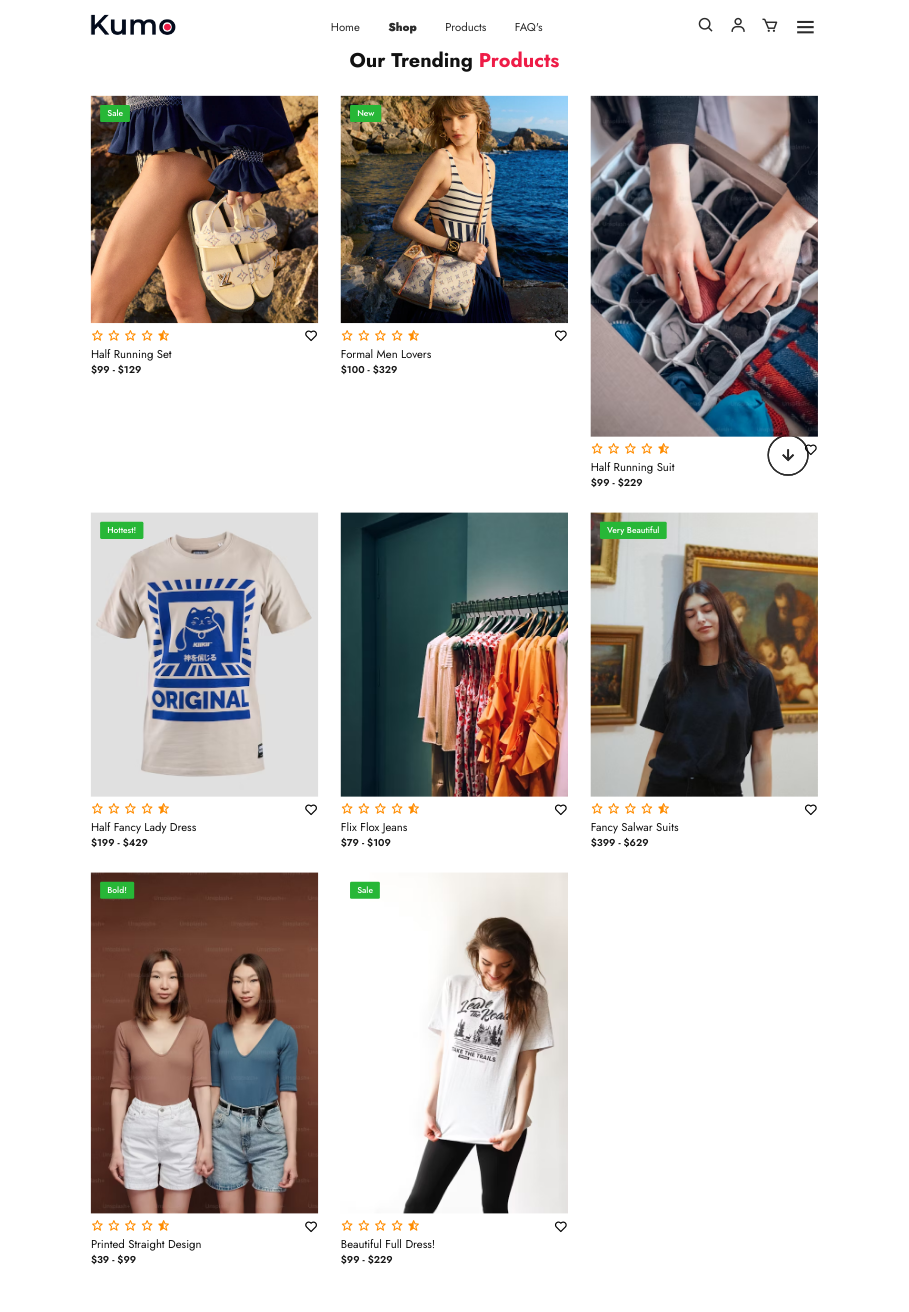
Repository: isaacCodes1/Kumo-Website.
Page: shop.html
The author's editor kept a copy of each file at every save. The page is drawn from the files as they stood at one save, then again after a run of saves.
The browser window is 1280 px wide. The pictures show the whole page, at 71% of full size.

Above is the page before, as saved 2024-03-23 09:50:48.

### shop.html
<!DOCTYPE html>
<html lang="en">
  <head>
    <meta charset="UTF-8" />
    <meta name="viewport" content="width=device-width, initial-scale=1.0" />
    <link rel="stylesheet" href="style.css" />
    <link rel="preconnect" href="https://fonts.googleapis.com" />
    <link rel="preconnect" href="https://fonts.gstatic.com" crossorigin />
    <link
      href="https://fonts.googleapis.com/css2?family=Bricolage+Grotesque:opsz,wght@12..96,200..800&family=Jost:ital,wght@0,100..900;1,100..900&family=Montserrat:ital,wght@0,100..900;1,100..900&family=Poppins:ital,wght@0,100;0,200;0,300;0,400;0,500;0,600;0,700;0,800;0,900;1,100;1,200;1,300;1,400;1,500;1,600;1,700;1,800;1,900&display=swap"
      rel="stylesheet"
    />
    <link
      rel="stylesheet"
      href="https://cdnjs.cloudflare.com/ajax/libs/font-awesome/6.5.1/css/all.min.css"
      integrity="sha512-DTOQO9RWCH3ppGqcWaEA1BIZOC6xxalwEsw9c2QQeAIftl+Vegovlnee1c9QX4TctnWMn13TZye+giMm8e2LwA=="
      crossorigin="anonymous"
      referrerpolicy="no-referrer"
    />
    <link
      rel="stylesheet"
      href="https://unpkg.com/boxicons@latest/css/boxicons.min.css"
    />
    <link rel="stylesheet" href="Mediaquery.css" />
    <title>Document</title>
  </head>
  <body>
    <header>
      <a href="index.html" class="logo"><img src="Assets/logo.png" alt="" /></a>
      <ul class="navmenu">
        <li><a href="index.html">Home</a></li>
        <li><a style="font-weight: 900" href="shop.html">Shop</a></li>
        <li><a href="products.html">Products</a></li>
        <li><a href="Questions.html">FAQ's</a></li>
      </ul>
      <div class="nav-icon">
        <a href="#"><i class="bx bx-search"></i></a>
        <a href="#"><i class="bx bx-user"></i></a>
        <a href="#"><i class="bx bx-cart"></i></a>
        <div class="bx bx-menu" id="menu-icon"></div>
      </div>
    </header>
    <div class="down-arrow">
      <a href="#trending" class="down"><i class="bx bx-down-arrow-alt"></i></a>
    </div>
    <div class="down-arrow">
      <a href="#trending" class="down"><i class="bx bx-down-arrow-alt"></i></a>
    </div>
    <!-- <trending-products-section-->
    <section class="trending-product" id="trending">
      <div class="center-text">
        <h2>Our Trending <span>Products</span></h2>
      </div>
      <div class="products">
        <div class="row">
          <img class="clothes1" src="/Assets/luiz2.webp" alt="" />
          <div class="product-text">
            <h5>Sale</h5>
          </div>
          <div class="heart-icon">
            <i class="bx bx-heart"></i>
          </div>
          <div class="ratting">
            <i class="bx bx-star"></i>
            <i class="bx bx-star"></i>
            <i class="bx bx-star"></i>
            <i class="bx bx-star"></i>
            <i class="bx bxs-star-half"></i>
          </div>
          <div class="price">
            <h4>Half Running Set</h4>
            <p>$99 - $129</p>
          </div>
        </div>

        <div class="row">
          <img src="/Assets/luiz1.webp" alt="" />
          <div class="product-text">
            <h5>New</h5>
          </div>
          <div class="heart-icon">
            <i class="bx bx-heart"></i>
          </div>
          <div class="ratting">
            <i class="bx bx-star"></i>
            <i class="bx bx-star"></i>
            <i class="bx bx-star"></i>
            <i class="bx bx-star"></i>
            <i class="bx bxs-star-half"></i>
          </div>
          <div class="price">
            <h4>Formal Men Lovers</h4>
            <p>$100 - $329</p>
          </div>
        </div>
        <div class="row">
          <img src="/Assets/Clothes3.avif" alt="" />
          <div class="heart-icon">
            <i class="bx bx-heart"></i>
          </div>
          <div class="ratting">
            <i class="bx bx-star"></i>
            <i class="bx bx-star"></i>
            <i class="bx bx-star"></i>
            <i class="bx bx-star"></i>
            <i class="bx bxs-star-half"></i>
          </div>
          <div class="price">
            <h4>Half Running Suit</h4>
            <p>$99 - $229</p>
          </div>
        </div>
        <div class="row">
          <img src="/Assets/Clothes9.avif" alt="" />
          <div class="product-text">
            <h5>Hottest!</h5>
          </div>
          <div class="heart-icon">
            <i class="bx bx-heart"></i>
          </div>
          <div class="ratting">
            <i class="bx bx-star"></i>
            <i class="bx bx-star"></i>
            <i class="bx bx-star"></i>
            <i class="bx bx-star"></i>
            <i class="bx bxs-star-half"></i>
          </div>
          <div class="price">
            <h4>Half Fancy Lady Dress</h4>
            <p>$199 - $429</p>
          </div>
        </div>
        <div class="row">
          <img src="/Assets/clothes5.avif" alt="" />
          <div class="heart-icon">
            <i class="bx bx-heart"></i>
          </div>
          <div class="ratting">
            <i class="bx bx-star"></i>
            <i class="bx bx-star"></i>
            <i class="bx bx-star"></i>
            <i class="bx bx-star"></i>
            <i class="bx bxs-star-half"></i>
          </div>
          <div class="price">
            <h4>Flix Flox Jeans</h4>
            <p>$79 - $109</p>
          </div>
        </div>
        <div class="row">
          <img src="/Assets/black t.avif" alt="" />
          <div class="product-text">
            <h5>Very Beautiful</h5>
          </div>
          <div class="heart-icon">
            <i class="bx bx-heart"></i>
          </div>
          <div class="ratting">
            <i class="bx bx-star"></i>
            <i class="bx bx-star"></i>
            <i class="bx bx-star"></i>
            <i class="bx bx-star"></i>
            <i class="bx bxs-star-half"></i>
          </div>
          <div class="price">
            <h4>Fancy Salwar Suits</h4>
            <p>$399 - $629</p>
          </div>
        </div>
        <div class="row">
          <img src="/Assets/Clothes7.avif" alt="" />
          <div class="product-text">
            <h5>Bold!</h5>
          </div>
          <div class="heart-icon">
            <i class="bx bx-heart"></i>
          </div>
          <div class="ratting">
            <i class="bx bx-star"></i>
            <i class="bx bx-star"></i>
            <i class="bx bx-star"></i>
            <i class="bx bx-star"></i>
            <i class="bx bxs-star-half"></i>
          </div>
          <div class="price">
            <h4>Printed straight Design</h4>
            <p>$39 - $99</p>
          </div>
        </div>
        <div class="row">
          <img src="/Assets/Clothes8.avif" alt="" />
          <div class="product-text">
            <h5>Sale</h5>
          </div>
          <div class="heart-icon">
            <i class="bx bx-heart"></i>
          </div>
          <div class="ratting">
            <i class="bx bx-star"></i>
            <i class="bx bx-star"></i>
            <i class="bx bx-star"></i>
            <i class="bx bx-star"></i>
            <i class="bx bxs-star-half"></i>
          </div>
          <div class="price">
            <h4>Beautiful Full Dress!</h4>
            <p>$99 - $229</p>
          </div>
        </div>
      </div>
    </section>
  </body>
  <script src="java.js"></script>
</html>

### style.css
* {
  margin: 0;
  padding: 0;
  box-sizing: border-box;
  scroll-behavior: smooth;
  font-family: "Jost", sans-serif;
  list-style-type: none;
  text-decoration: none;
}
header {
  position: fixed;
  width: 100%;
  top: 0;
  right: 0;
  z-index: 1000;
  display: flex;
  align-items: center;
  justify-content: space-between;
  padding: 20px 10%;
}
.logo img {
  max-width: 120px;
  height: auto;
}
.navmenu {
  display: flex;
}
.navmenu li :hover {
  background: #000;
}
.navmenu a {
  color: #2c2c2c;
  font-size: 16px;
  text-transform: capitalize;
  padding: 10px 20px;
  font-weight: 400;
  transition: all 0.42s ease;
}
.navmenu a:hover {
  color: #ee1c47;
}
.nav-icon {
  display: flex;
  align-items: center;
}
.nav-icon i {
  margin-right: 20px;
  color: #2c2c2c;
  font-size: 25px;
  font-weight: 400;
  transition: all 0.42s ease;
}
.nav-icon i:hover {
  transform: scale(1.05);
  color: #ee1c47;
}
#menu-icon {
  font-size: 35px;
  color: #2c2c2c;
  z-index: 10001;
  cursor: pointer;
}
section {
  padding: 5% 10%;
}
.main-home {
  width: 100%;
  height: 100vh;
  background-image: url(Assets/banner-3.png);
  background-position: center;
  background-size: cover;
  display: grid;
  grid-template-columns: repeat(1, 1fr);
  align-items: center;
}
.main-text h5 {
  color: #ee1c47;
  font-size: 16px;

  text-transform: capitalize;
  font-weight: 500;
}
.main-text h1 {
  color: #000;
  font-size: 65px;
  text-transform: capitalize;
  line-height: 1.1;
  font-weight: 600;
  margin: 6px 0 10px;
}
.main-text p {
  color: #333c56;
  font-size: 20px;
  font-style: italic;
  margin-bottom: 20px;
}
.main-btn {
  display: inline-block;
  color: #111;
  font-size: 16px;
  font-weight: 500;
  text-transform: capitalize;
  border: 2px solid#111;
  padding: 12px 25px;
  transition: all 0.42s ease;
}
.main-btn:hover {
  background: #000;
  color: #fff;
}
.main-btn i {
  vertical-align: middle;
}
.down-arrow {
  position: absolute;
  top: 85%;
  right: 11%;
}
.down i {
  font-size: 30px;
  color: #2c2c2c;
  border: 2px solid #2c2c2c;
  border-radius: 50px;
  padding: 12px 12px;
}
.down i:hover {
  background: #2c2c2c;
  color: #fff;
  transition: all 0.42s ease;
}
header.sticky {
  background: #fff;
  padding: 20px 10%;
  box-shadow: 0px 0px 10px rgb(0 0 0 /10%);
}
/* trending-section-css */
.center-text h2 {
  color: #111;
  font-size: 28px;
  text-transform: capitalize;
  text-align: center;
  margin-bottom: 30px;
}
.center-text span {
  color: #ee1c47;
}
.products {
  display: grid;
  grid-template-columns: repeat(auto-fit, minmax(260px, auto));
  gap: 2rem;
}
.row {
  position: relative;
  transition: all 0.4s;
}
.row img {
  width: 100%;
  height: auto;
  transition: all 0.4s;
}
.row img:hover {
  transform: scale(0.9);
}
.product-text h5 {
  position: absolute;
  top: 13px;
  left: 13px;
  color: #fff;
  font-size: 12px;
  font-weight: 500;
  text-transform: capitalize;
  background: #27b737;
  padding: 3px 10px;
  border-radius: 2px;
}
.heart-icon {
  position: absolute;
  right: 0;
  font-size: 20px;
}
.heart-icon:hover {
  color: #ee1c47;
}
.ratting {
  color: #ff8c00;
  font-size: 18px;
}

.price h4 {
  color: #111;
  font-size: 16px;
  text-transform: capitalize;
  font-weight: 400;
}
.price p {
  color: #151515;
  font-size: 14px;
  font-weight: 600;
}
.client-reviews {
  background: #f3f4f6;
}
.reviews {
  text-align: center;
}
.reviews h3 {
  color: #111;
  font-size: 25px;
  text-transform: capitalize;
  text-align: center;
  font-weight: 700;
}
.reviews img {
  width: 100px;
  height: auto;
  border-radius: 80px;
  margin: 10px 0;
}
.reviews p {
  color: #707070;
  font-size: 16px;
  font-weight: 400;
  line-height: 25px;
  margin-bottom: 10px;
}
.reviews h2 {
  font-size: 22px;
  color: #000;
  font-weight: 400;
  text-transform: capitalize;
  margin-bottom: 2px;
}
/* update-section-css */
.up-center-text h2 {
  text-align: center;
  color: #111;
  font-size: 25px;
  text-transform: capitalize;
  font-weight: 700;
  margin-bottom: 30px;
}
.cart img {
  width: 350px;
  height: auto;
  border-radius: 5px;
}
.update-cart {
  display: grid;
  grid-template-columns: repeat(auto-fit, minmax(380px, auto));
  gap: 1px;
}
.cart h5 {
  color: #636872;
  font-size: 14px;
  text-transform: capitalize;
  font-weight: 500;
}
.cart h4 {
  color: #111;
  font-size: 18px;
  font-weight: 600;
}
.cart p {
  color: #707070;
  font-size: 15px;
  max-width: 380px;
  line-height: 25px;
  margin-bottom: 12px;
}
.cart h6 {
  color: #151515;
  font-size: 14px;
  font-weight: 500;
}
/* contact-section */
.contact {
  background: #dbdbdb;
}
.contact-info {
  display: grid;
  grid-template-columns: repeat(auto-fit, minmax(160px, auto));
  gap: 3rem;
}
.first-info img {
  width: 140px;
  height: auto;
}
.contact-info h4 {
  color: #212529;
  font-size: 14px;
  text-transform: uppercase;
  margin-bottom: 10px;
}
.contact-info p {
  color: #565656;
  font-size: 14px;
  font-weight: 400;
  text-transform: capitalize;
  line-height: 1.5;
  margin-bottom: 10px;
  cursor: pointer;
  transition: all 0.42s;
}
.contact-info p:hover {
  color: #ee1c47;
}
.social-icon i {
  color: #565656;
  margin-right: 10px;
  font-size: 20px;
  transition: all 0.42s;
}
.social-icon i:hover {
  transform: scale(1.3);
}
.end-text {
  text-align: center;
  background: #edfff1;
  padding: 20px;
}
.end-text p {
  color: #111;
  text-transform: capitalize;
}
.clothes1 img {
  /* padding-bottom: 20px; */
  height: 2000px;
}

### Mediaquery.css
@media (890px) {
  header {
    padding: 20px 3%;
    transition: 0.4s;
  }
  .center-text h2 {
    font-size: 12px;
  }
}
@media (max-width: 630px) {
  .main-text h1 {
    font-size: 50px;
    transition: 0.4s;
  }
  .main-text p {
    font-size: 18px;
    transition: 0.4s;
  }
  .main-btn {
    padding: 10px 20px;
    transition: 0.4s;
  }
  .center-text h2 {
    font-size: 12px;
  }
}
@media (max-width: 750px) {
  .navmenu {
    position: absolute;
    top: 100%;
    right: -100%;
    width: 300px;
    height: 130vh;
    background: #edfff1;
    display: flex;
    flex-direction: column;
    align-items: center;
    padding: 120px 30px;
    transition: all 0.42s;
  }
  .navmenu a {
    display: block;
    margin: 18px 0;
  }
  .navmenu.open {
    right: 0;
  }
  .center-text h2 {
    font-size: 12px;
  }
}
@media(max-width: 700px){
    .center-text h2{
        font-size: 0;
    }
    .header{
      margin-bottom: 20px;
      color: #000;
    }
    .cart{
      align-items: center;
      display: flex;
      flex-direction: column;
    }
    .cart img{
      width: 270px;
      margin-right: 80px;
    }
    .cart p{
      font-size: 10px;
      margin-right: 80px;
    }
    .cart h4{
      font-size: 12px;
      margin-right: 80px;
    }
    .cart h6{
      font-size: 10px;
      margin-right: 80px;
    }
    .contact-info{
      display: flex;
      flex-direction: column;
      align-items: center
      ;
    }
}

### java.js
const header = document.querySelector("header");

window.addEventListener("scroll", function () {
  header.classList.toggle("sticky", window.scrollY > 0);
});

let menu = document.querySelector("#menu-icon");
let navmenu = document.querySelector(".navmenu");

menu.onclick = () => {
  menu.classList.toggle("bx-x");
  navmenu.classList.toggle("open");
};

After the next 2 saves:
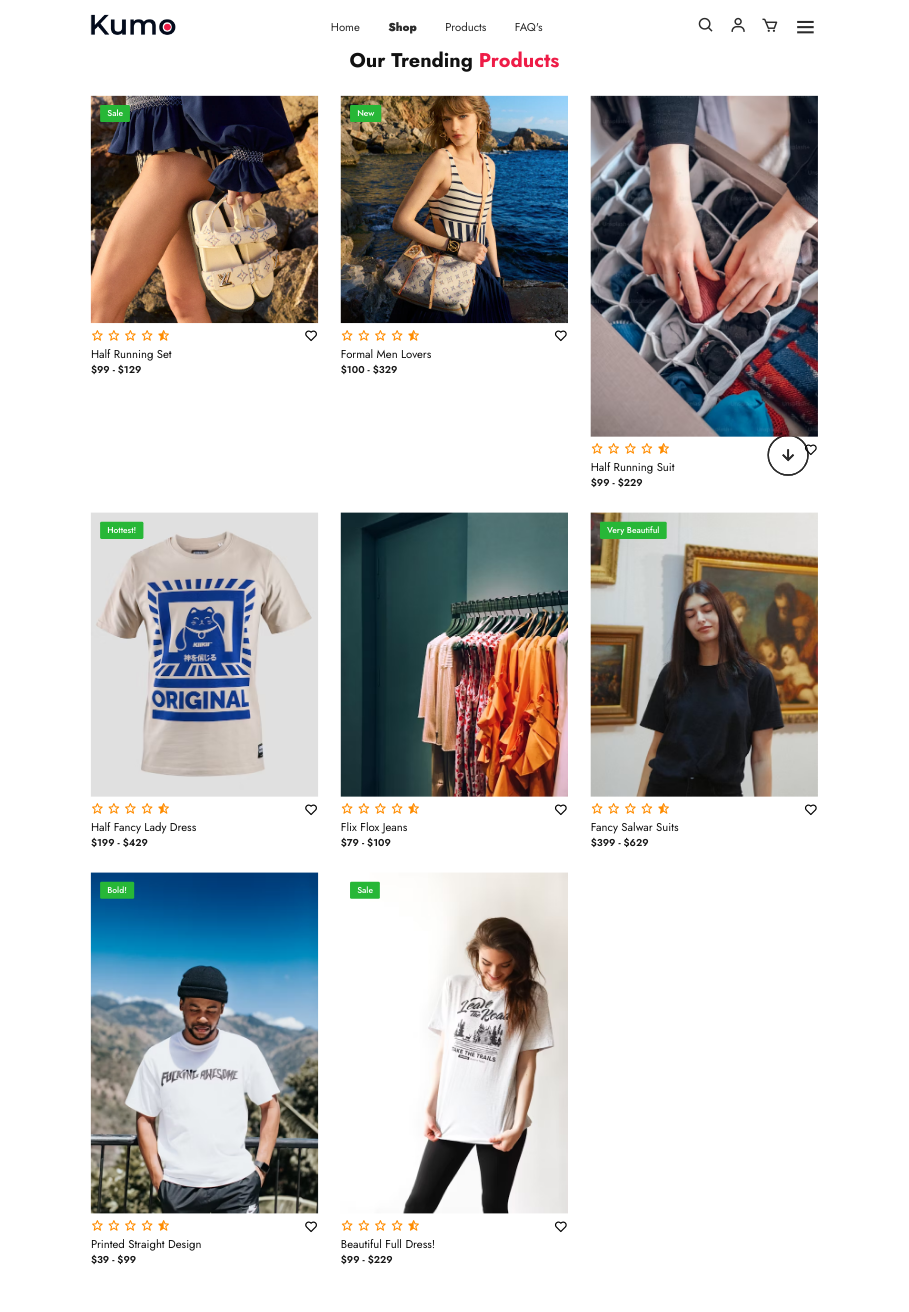
The 2 saves are shown as one change because they came seconds apart.
The last was saved 79 s later.
--- a/shop.html
+++ b/shop.html
@@ -168,7 +168,7 @@
           </div>
         </div>
         <div class="row">
-          <img src="/Assets/Clothes7.avif" alt="" />
+          <img src="/Assets/black1.avif" alt="" />
           <div class="product-text">
             <h5>Bold!</h5>
           </div>
